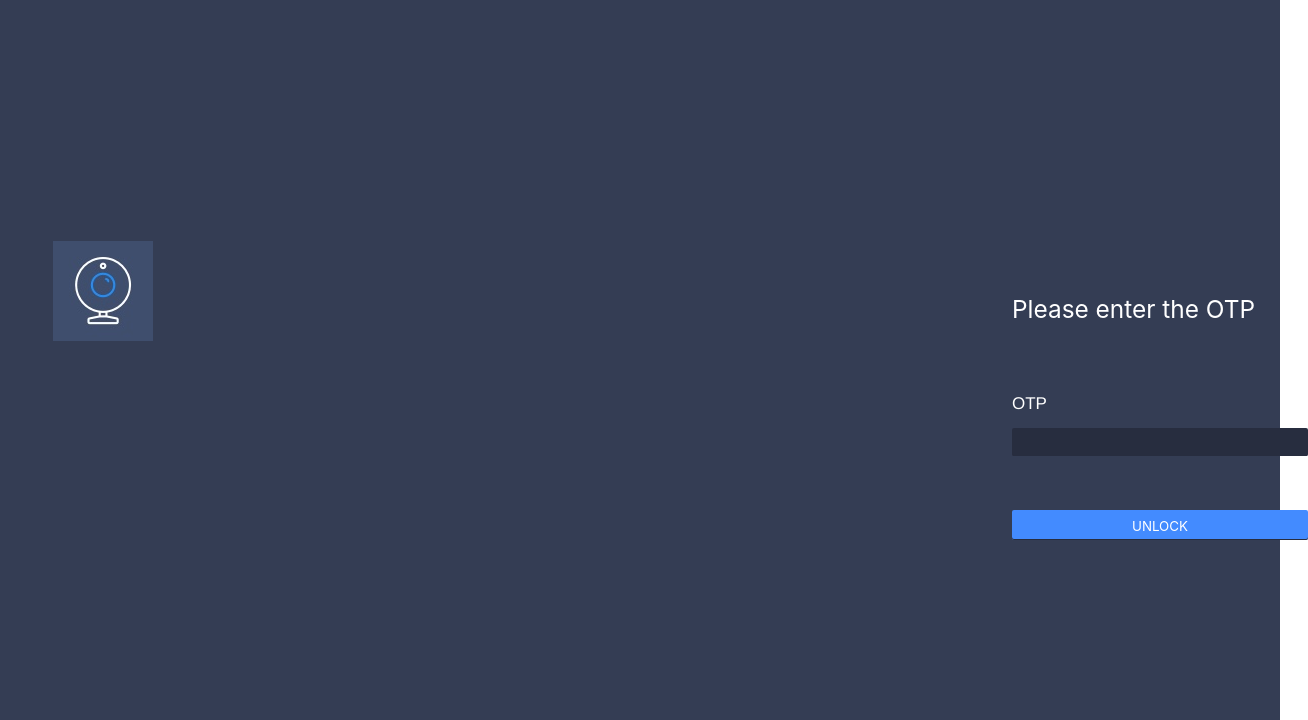
Repository: aba450/smart-door
Page: / (app in S3/smart-door-visitor/)
An editor plug-in stored every save of this project. The page is shown before and after the next save, followed by the edit.
The browser window is 1280 px wide. The page is 1308 px wide, so the pictures cover 1308 px, including what lies to the right of the window. The pictures show the whole page.
The project was rebuilt for these pictures with package versions that can differ from the ones it lists, and the page was loaded fresh each time.

Above is the page before, as saved 2020-03-17 20:36:59.

After the next save:
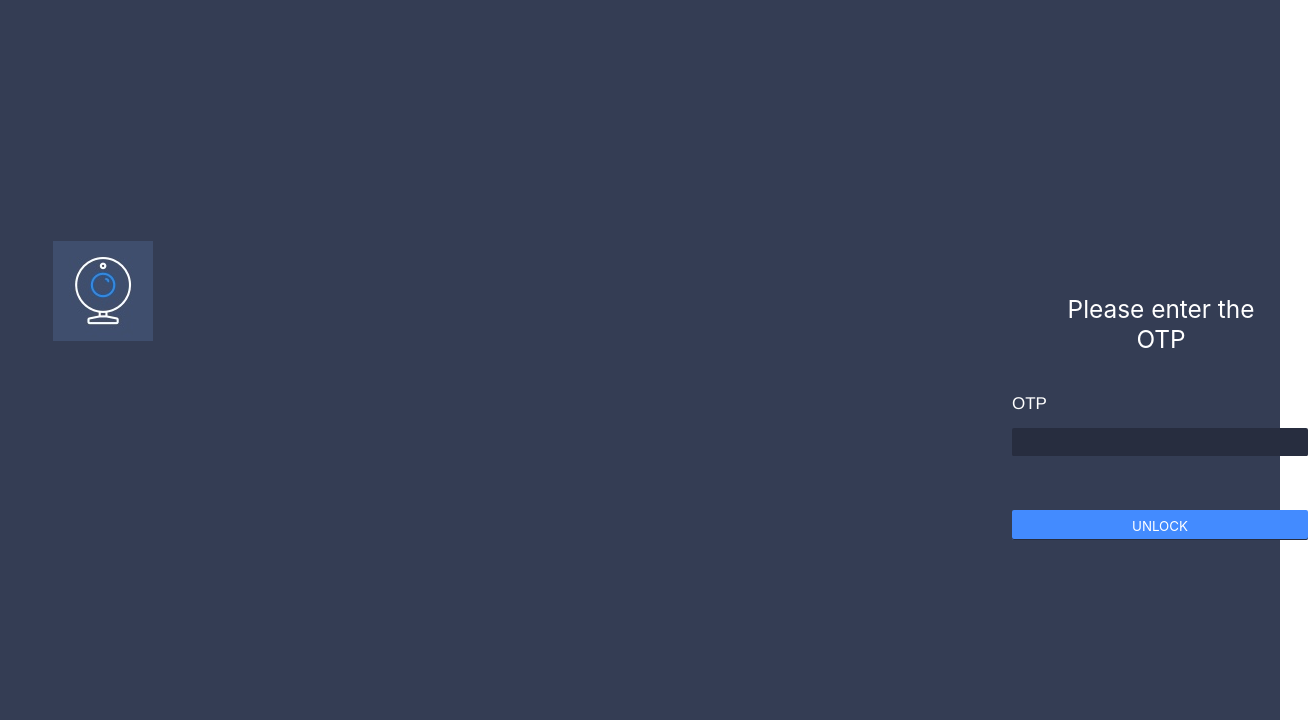
Saved 30 s later.
--- a/S3/smart-door-visitor/src/App.css
+++ b/S3/smart-door-visitor/src/App.css
@@ -18,7 +18,7 @@
 
 .text-label {
   position: absolute;
-  left:1012px;
+  left:1042px;
   top:294px;
 }
 
